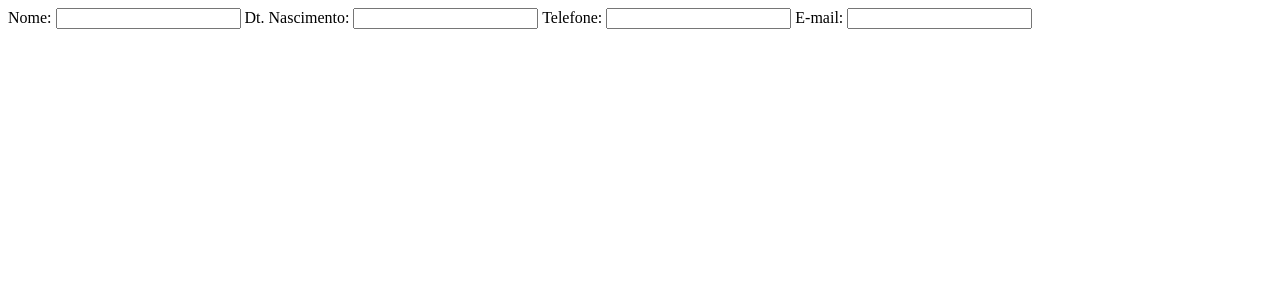
Repository: edwardcarvalho/PI-Agenda-WEB
Page: AgendaWeb/WebContent/index.html
The author's editor kept a copy of each file at every save. The page is drawn from the files as they stood at one save, then again after the next save.
The browser window is 1280 px wide. The pictures show the whole page.

Above is the page before, as saved 2016-10-19 23:37:02.

After the next save:
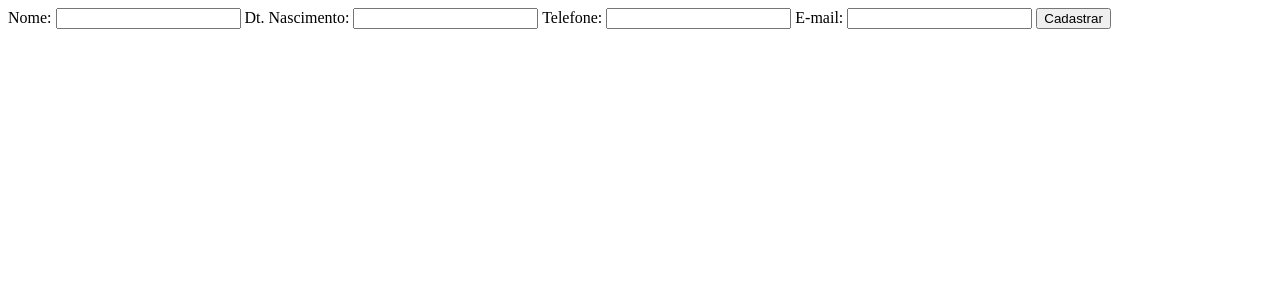
Saved 25 s later.
--- a/AgendaWeb/WebContent/index.html
+++ b/AgendaWeb/WebContent/index.html
@@ -11,6 +11,7 @@
 		Dt. Nascimento: <input type="text" name="dataNascimento">
 		Telefone: <input type="text" name="telefone">
 		E-mail: <input type="text" name="email">
+		<input type="submit" value=Cadastrar>
 	</form>
 </body>
 </html>
